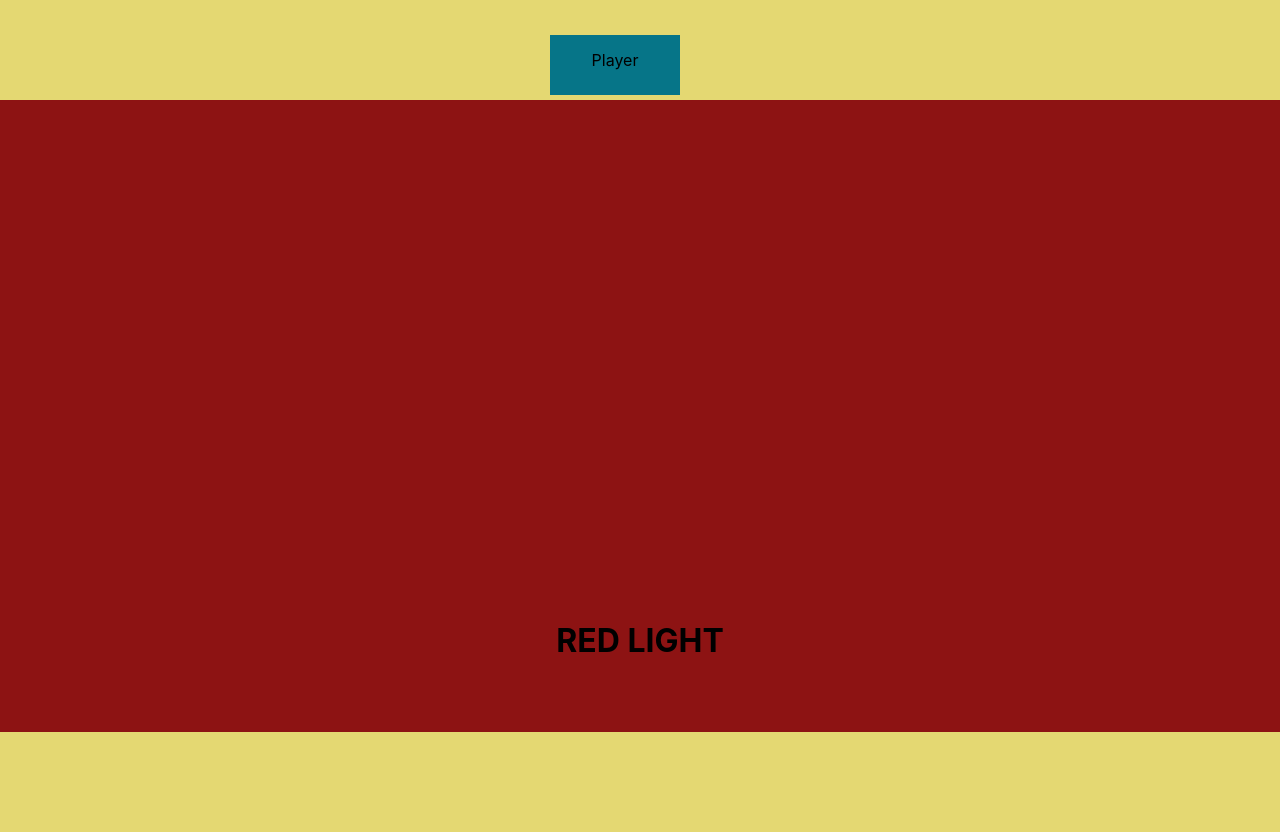
Repository: DerickT02/red-light-green-light
Page: /
An editor plug-in stored every save of this project. The page is shown before and after the next save, followed by the edit.
The browser window is 1280 px wide. The pictures show the whole page.
The project was rebuilt for these pictures with package versions that can differ from the ones it lists, and the page was loaded fresh each time.

Above is the page before, as saved 2021-11-25 07:14:07.

After the next save:
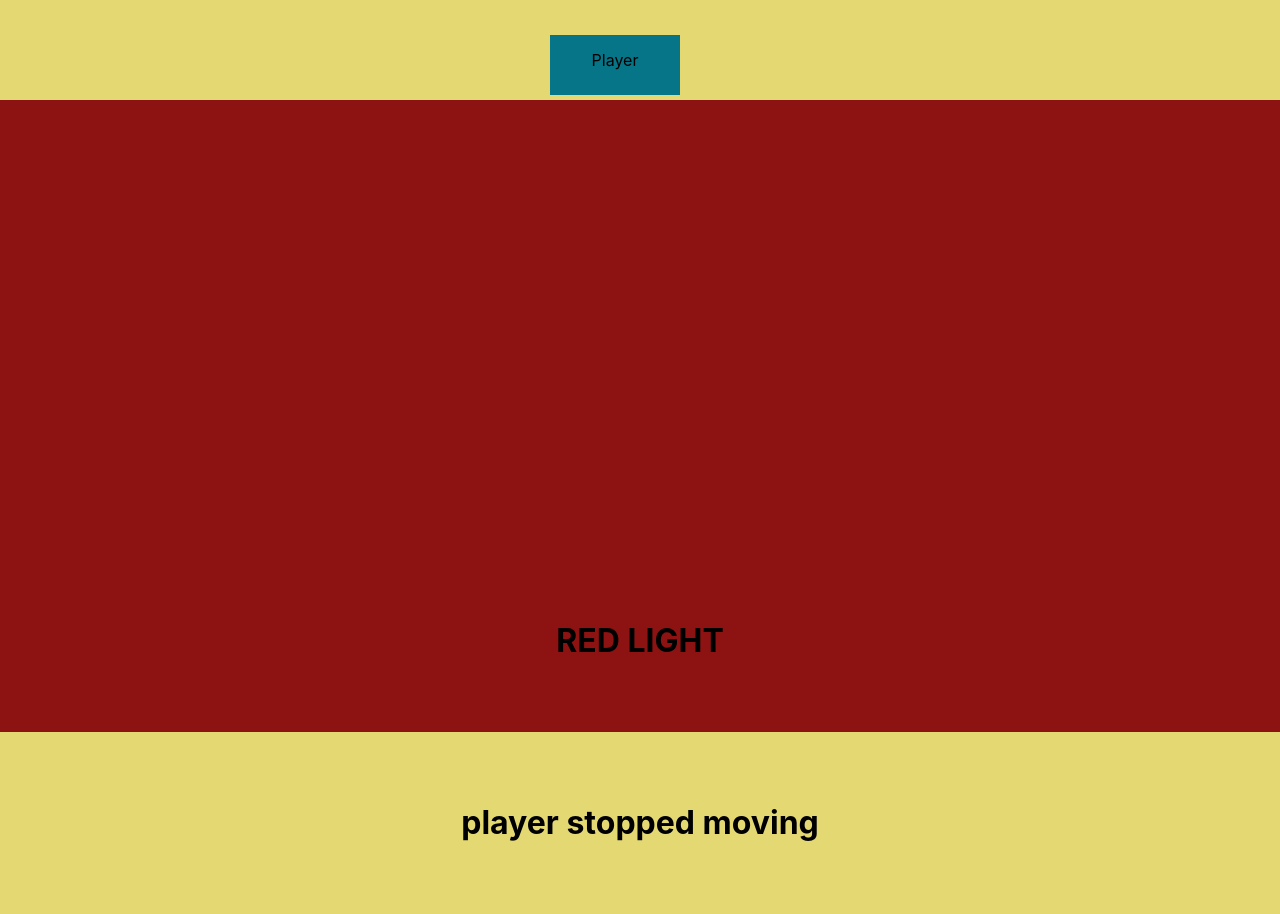
Saved 83 s later.
--- a/src/Field.js
+++ b/src/Field.js
@@ -40,7 +40,7 @@ export default function Field(){
             <div className = "Field">
                 <div className = "Start"><Player /></div>
                 <div className = {light ? 'green-light' : 'red-light'}><h1>{light ? 'GREEN LIGHT' : 'RED LIGHT'}</h1></div>
-                <div className = "End">{moving}</div>
+                <div className = "End"><h1>{moving ? 'player is moving' : 'player stopped moving'}</h1></div>
 
             </div>
         </div>
